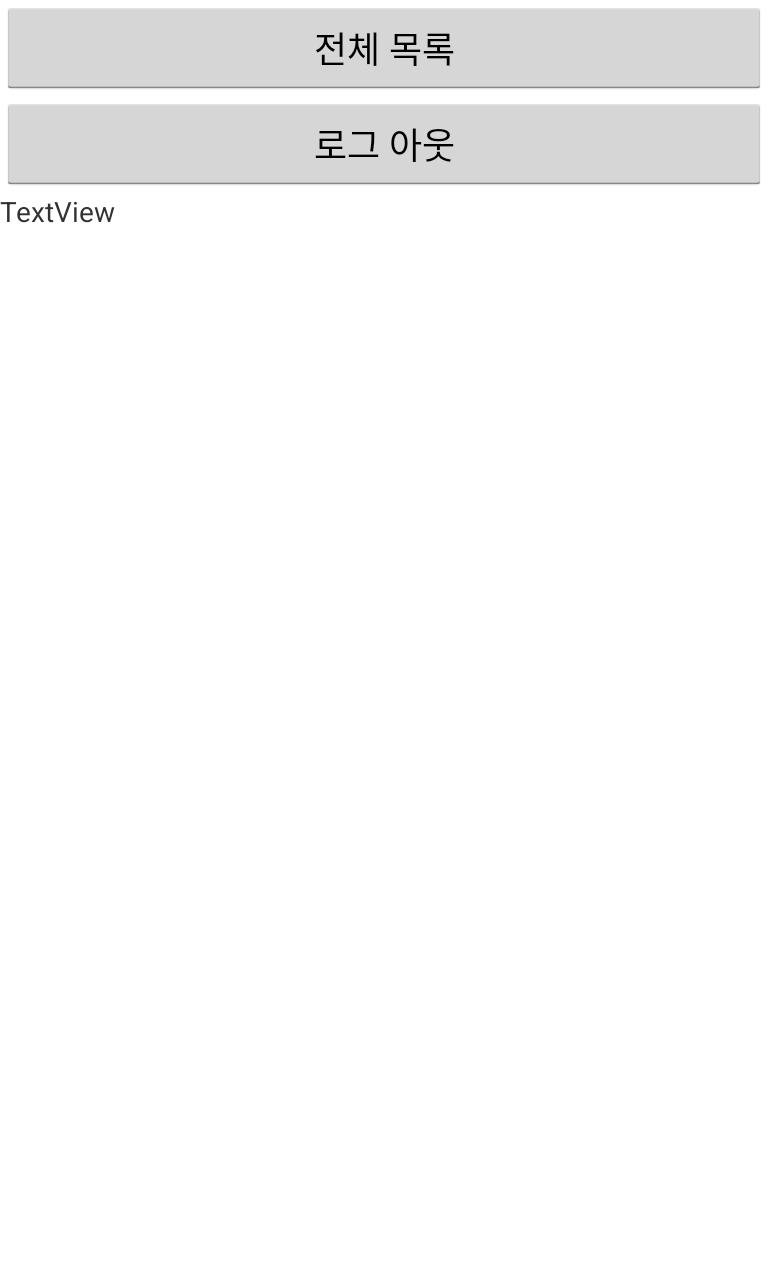
Repository: OnionLord/BurgerWIKI
Layout: burgerDicApp/BurgerDictionary/res/layout/burgermainlogin.xml
The author's editor kept a copy of each file at every save. The layout is drawn from the files as they stood at one save, then again after the next save.
It is drawn on a 768 x 1280 px phone screen (xhdpi) without system bars, with theme AppTheme; the app's code is not run.

Above is the layout before, as saved 2014-11-06 14:14:40.

After the next save:
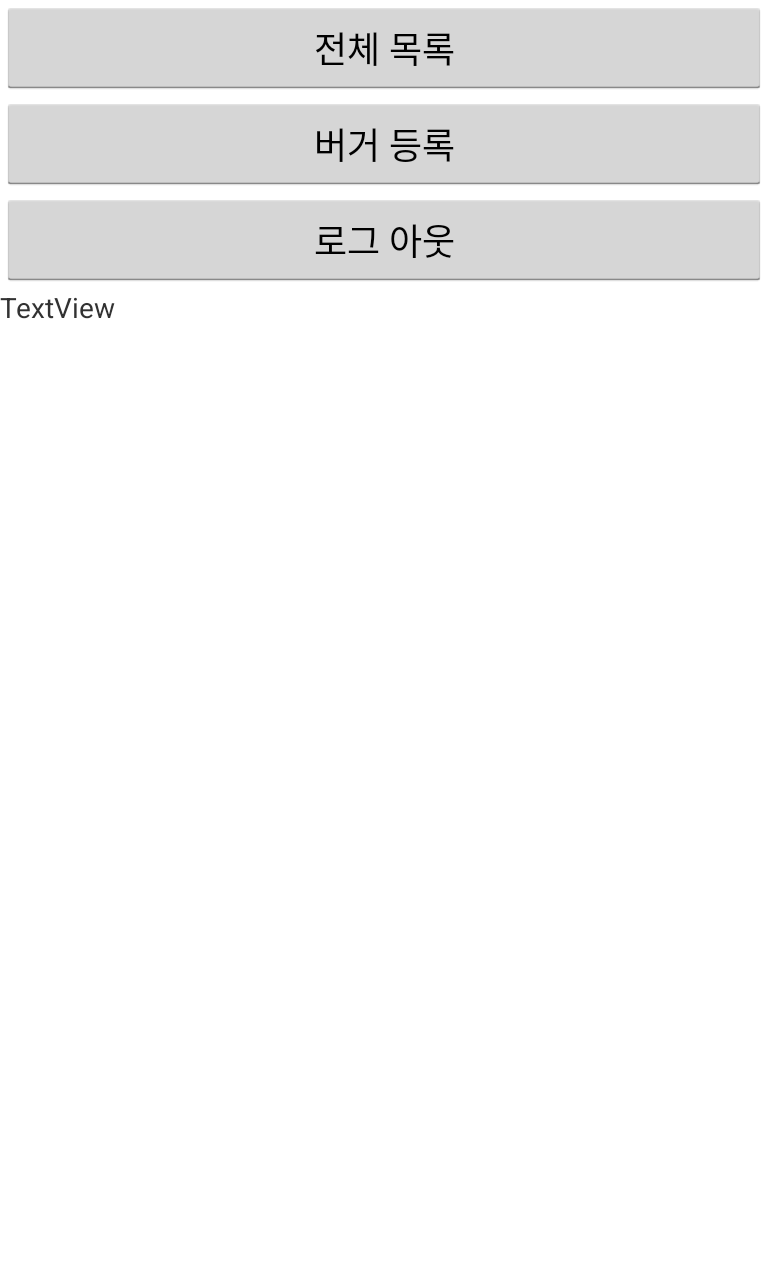
Saved 17 min 49 s later.
--- a/burgerDicApp/BurgerDictionary/res/layout/burgermainlogin.xml
+++ b/burgerDicApp/BurgerDictionary/res/layout/burgermainlogin.xml
@@ -9,6 +9,13 @@
         android:layout_height="wrap_content"
         android:onClick="onClickButton"
         android:text="전체 목록" />
+
+    <Button
+        android:id="@+id/main1_btn_add"
+        android:layout_width="fill_parent"
+        android:layout_height="wrap_content"
+        android:onClick="onClickButton"
+        android:text="버거 등록" />
 
     <Button
         android:id="@+id/main1_btn_logout"
